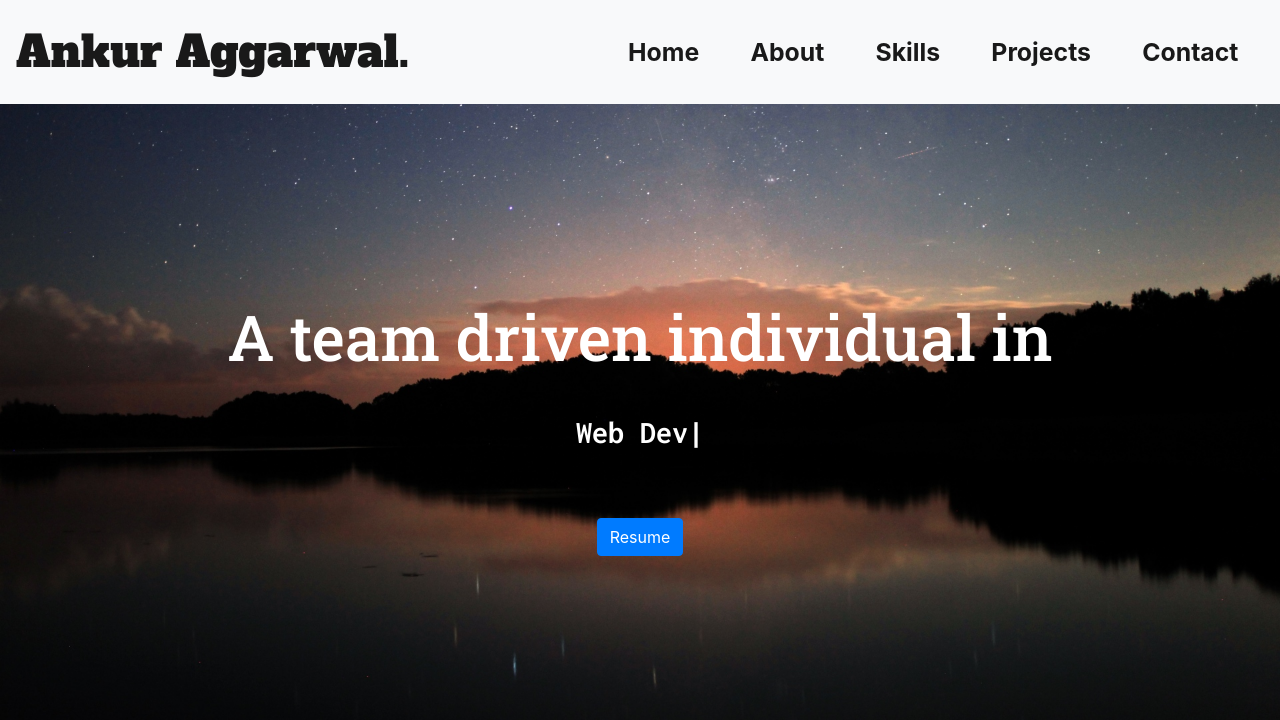
Repository: AnkurDevv/PersonalWebsite
Page: index.html
The author's editor kept a copy of each file at every save. The page is drawn from the files as they stood at one save, then again after the next save.
The browser window is 1280 px wide. The pictures show the whole page.
Some web fonts or font styles are not loaded; a fallback is used.

Above is the page before, as saved 2020-09-13 14:55:51.

After the next save:
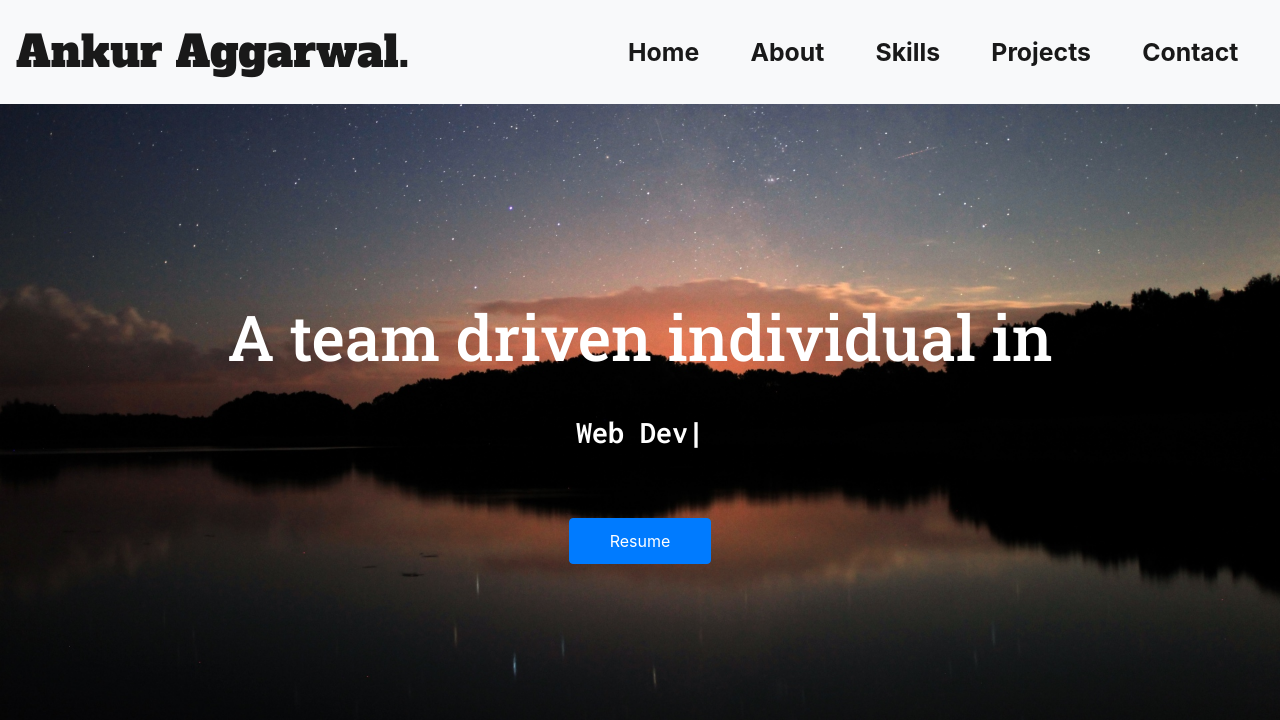
Saved 88 s later.
--- a/style/index.css
+++ b/style/index.css
@@ -72,5 +72,6 @@ header{
 
 #ResumeBtn{
   margin: 5% auto;
+  padding: 10px 3%;
 }
 /* FIRST IMPRESSION SECTION CSS - ENDS */
